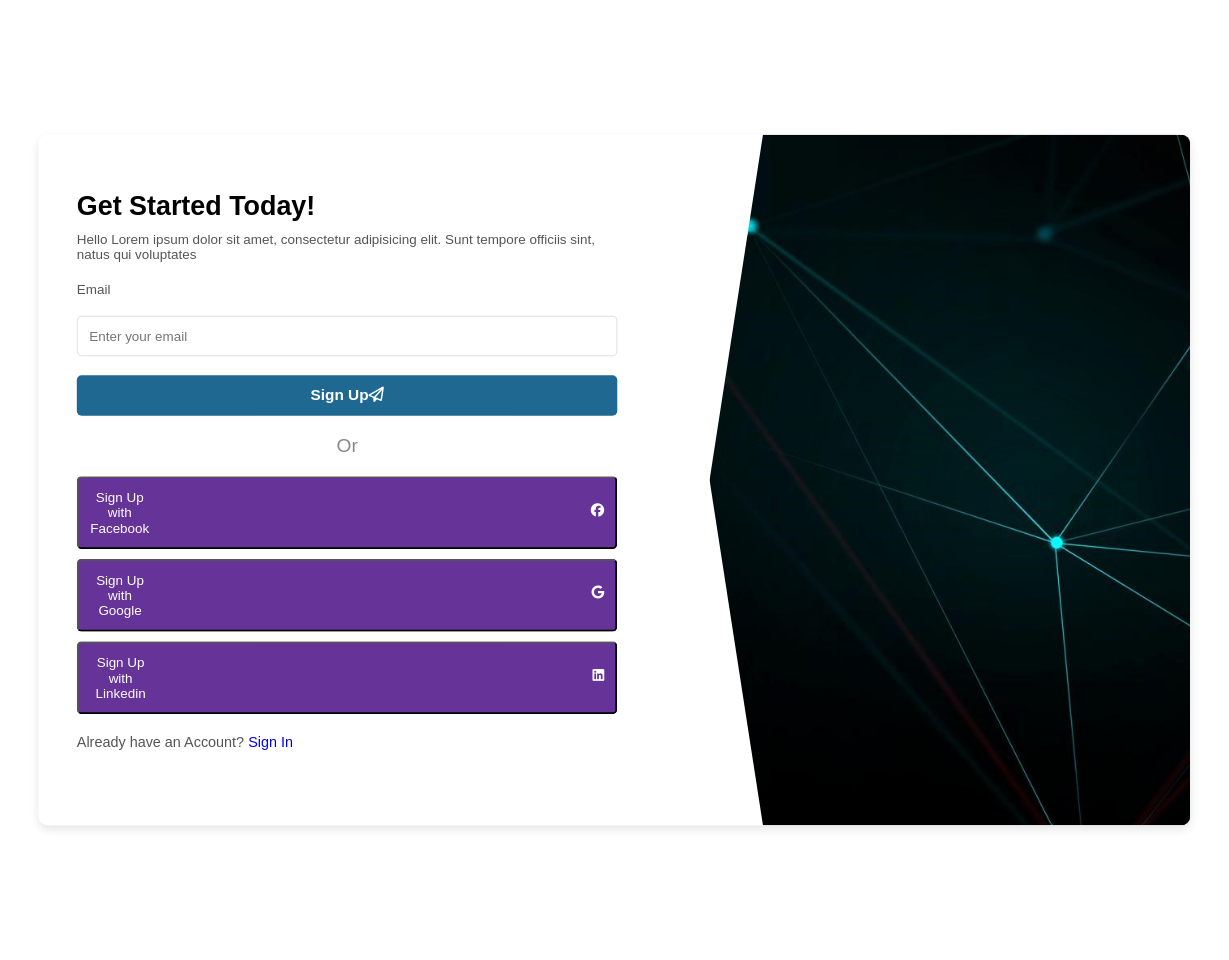
Repository: Femi007-gh/Login-V2
Page: index.html
These files come from the project's save history. The page is drawn as it stood at one moment and after a run of saves; the edit follows.
The browser window is 1280 px wide. The pictures show the whole page, at 96% of full size.

Above is the page before, as saved 2025-01-27 15:15:11.

After the next 2 saves:
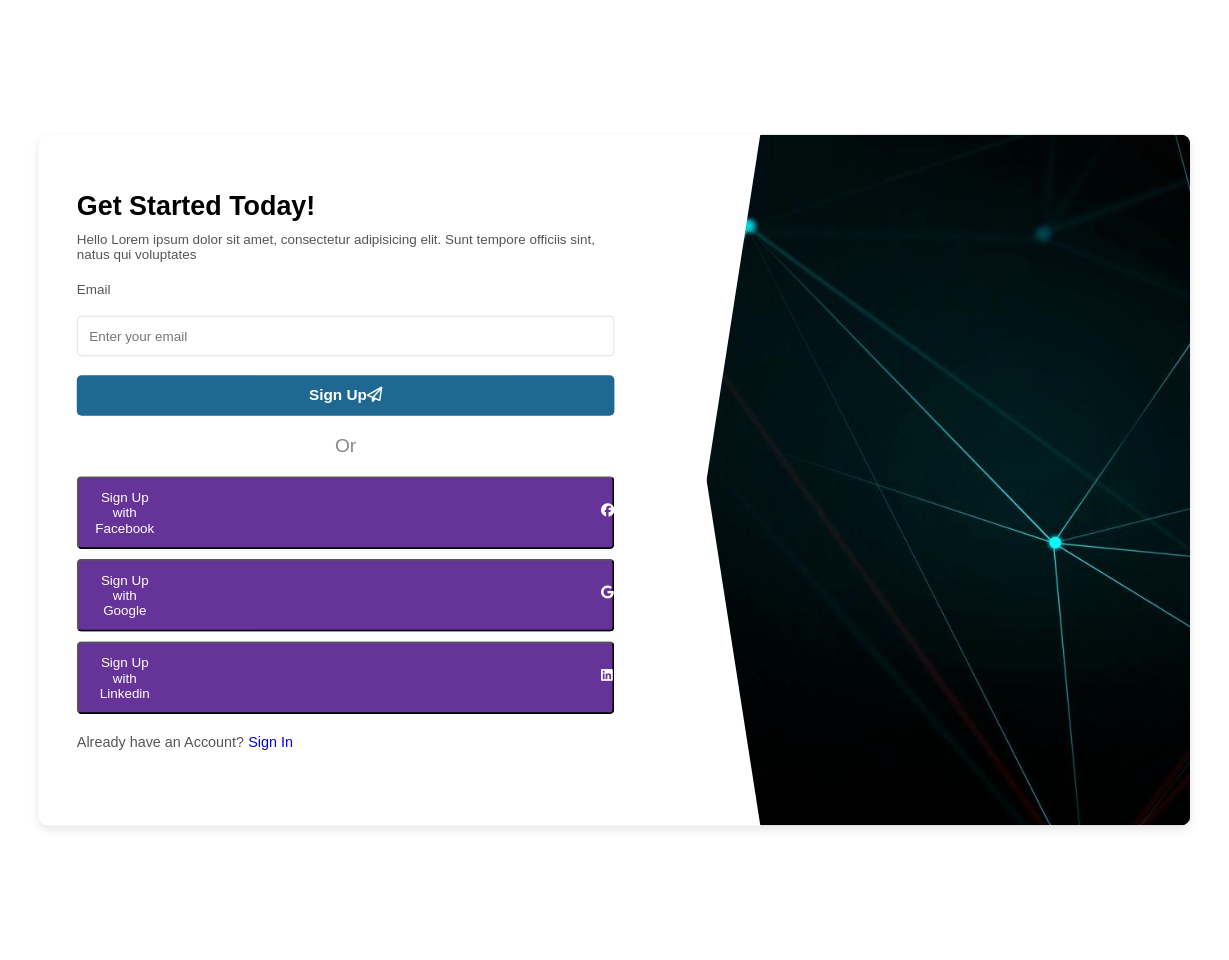
The 2 saves are shown as one change because they came seconds apart.
The last was saved 7 s later.
--- a/style.css
+++ b/style.css
@@ -116,4 +116,5 @@
   padding-left: 180px;
   margin-left: 280px;
   height: 20px;
+  width: 30px;
 }

After the 2 saves that followed:
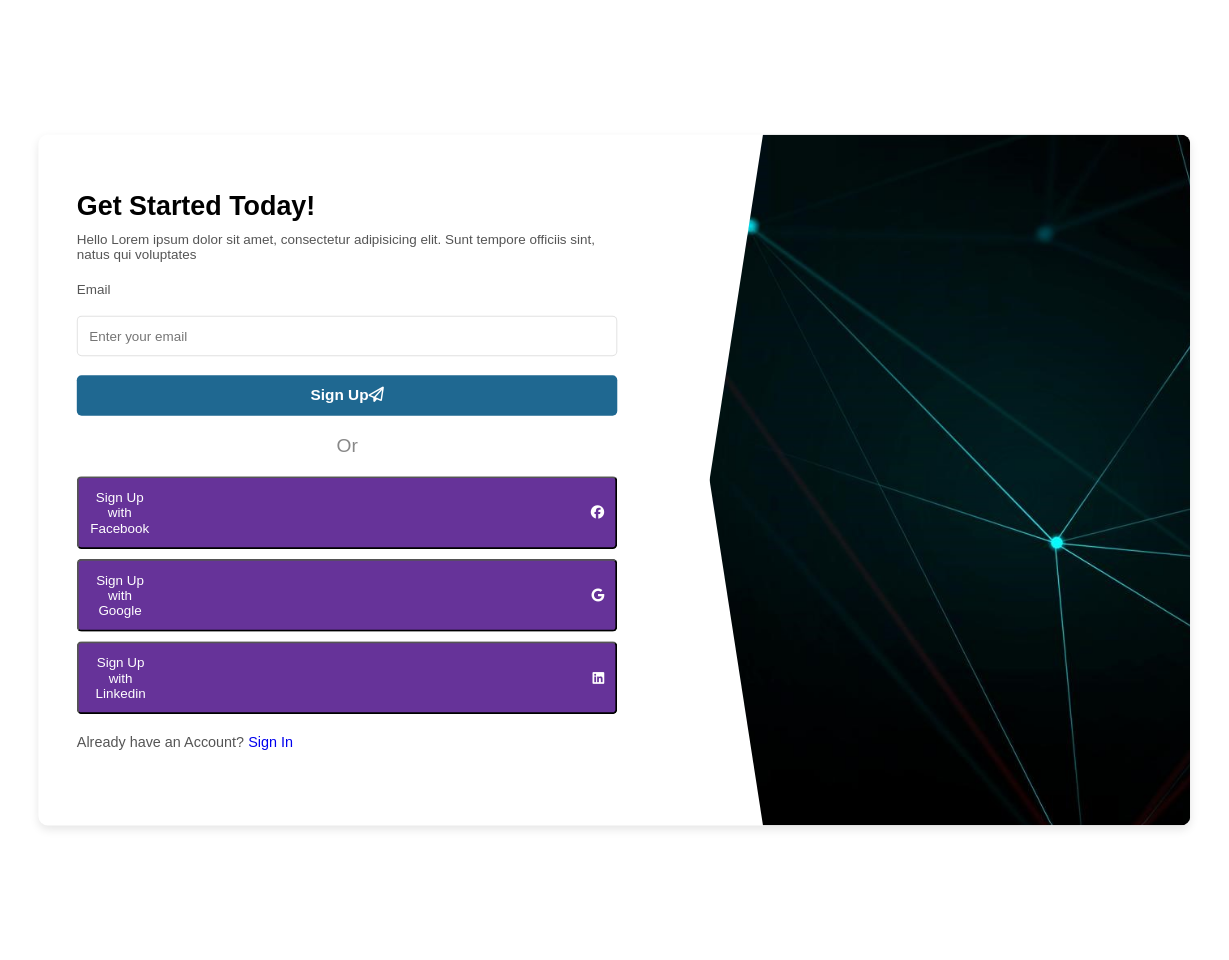
The 2 saves are shown as one change because they came seconds apart.
The last was saved 6 s later.
--- a/style.css
+++ b/style.css
@@ -115,6 +115,4 @@
 .fa-brands {
   padding-left: 180px;
   margin-left: 280px;
-  height: 20px;
-  width: 30px;
 }
